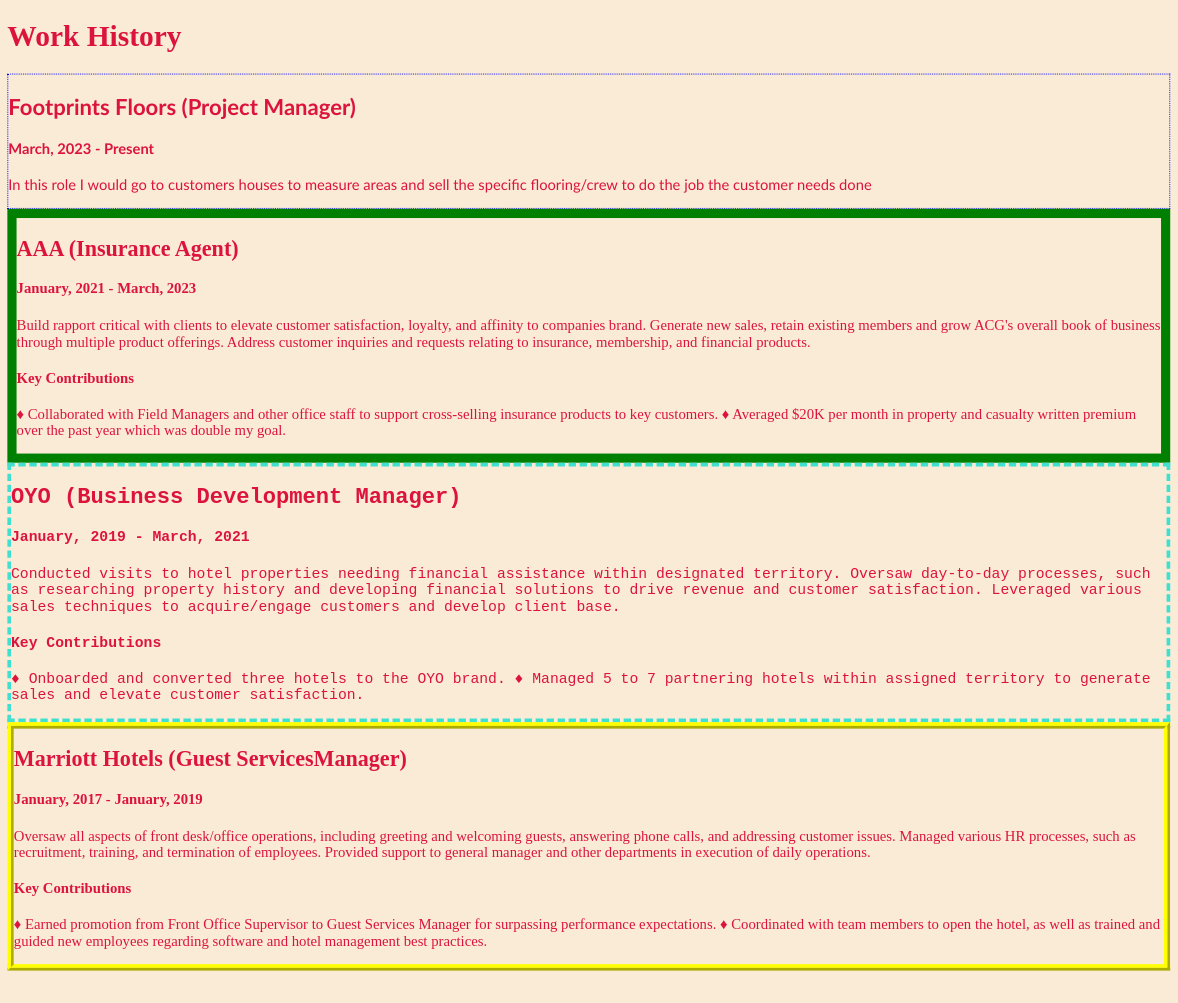
Repository: TEazy2433/LAB-HTML-Resume
Page: index.html
The author's editor kept a copy of each file at every save. The page is drawn from the files as they stood at one save, then again after the next save.
The browser window is 1280 px wide. The pictures show the whole page, at 92% of full size.

Above is the page before, as saved 2023-10-11 20:36:09.

### index.html
<!DOCTYPE html>
<html lang="en">
<head>
  <meta charset="UTF-8">
  <meta name="viewport" content="width=device-width, initial-scale=1.0">
  <title>Resume</title>
  <link rel="stylesheet" href="main.css">
  </head>
  <body>

  <script src="main.js"></script>
  </body>
  </html><html></html>
    </head>
      <title>Work History</title>
    </head>
    <body>
      <h1>Work History</h1>
      <article id="articleOne">
        <h2>Footprints Floors (Project Manager)</h2>
        <h4>March, 2023 - Present</h4>
        <section>
          <p>In this role I would go to customers houses to measure areas and sell the specific flooring/crew to do the job the customer needs done</p>
        </section>
      </article>

      <article id="articleTwo">
        <h2>AAA (Insurance Agent)</h2>
        <h4>January, 2021 - March, 2023</h4>
        <section>
          <p>Build rapport critical with clients to elevate customer satisfaction, loyalty, and affinity to companies brand. Generate new sales, retain existing members and grow ACG's overall book of business through multiple product offerings. Address customer inquiries and requests relating to insurance, membership, and financial products.</p>

          <h4>Key Contributions</h4>
          <P>♦ Collaborated with Field Managers and other office staff to support cross-selling insurance products to key customers.
            ♦ Averaged $20K per month in property and casualty written premium over the past year which was double my goal.</P>
        </section>
      </article>

      <article id="articleThree">
        <h2>OYO (Business Development Manager)</h2>
        <h4>January, 2019 - March, 2021</h4>
        <section>
          <p>Conducted visits to hotel properties needing financial assistance within designated territory. Oversaw day-to-day processes, such as researching property history and developing financial solutions to drive revenue and customer satisfaction. Leveraged various sales techniques to acquire/engage customers and develop client base.</p>

          <h4>Key Contributions</h4>
          <P>♦ Onboarded and converted three hotels to the OYO brand.
            ♦ Managed 5 to 7 partnering hotels within assigned territory to generate sales and elevate customer satisfaction.</P>
        </section>
      </article>

      <article id="articleFour">
        <h2>Marriott Hotels (Guest ServicesManager)</h2>
        <h4>January, 2017 - January, 2019</h4>
        <section>
          <p>Oversaw all aspects of front desk/office operations, including greeting and welcoming guests, answering phone calls, and addressing customer issues. Managed various HR processes, such as recruitment, training, and termination of employees. Provided support to general manager and other departments in execution of daily operations.</p>

          <h4>Key Contributions</h4>
          <P>♦ Earned promotion from Front Office Supervisor to Guest Services Manager for surpassing performance expectations.
            ♦ Coordinated with team members to open the hotel, as well as trained and guided new employees regarding software
            and hotel management best practices.</P>
        </section>
      </article>


    </body>

### main.css
body{
  background-color: antiquewhite;
}

h1{
  color: crimson;

}

h2{
  color: crimson;
}

p{
  color:crimson
}

h4{
  color:crimson
}

h5{
  color: crimson
}

#articleOne{
  font-family: 'Gill Sans', 'Gill Sans MT', Calibri, 'Trebuchet MS', sans-serif;
  border: 1px dotted blue
}

#articleTwo{
  font-family: cursive;
  border: 10px solid green
}

#articleThree{
  font-family: 'Courier New', Courier, monospace;
  border: 4px dashed turquoise
}

#articleFour{
  font-family: fantasy;
  border: 7px ridge yellow
}

### main.js
console.log("Resume");

After the next save:
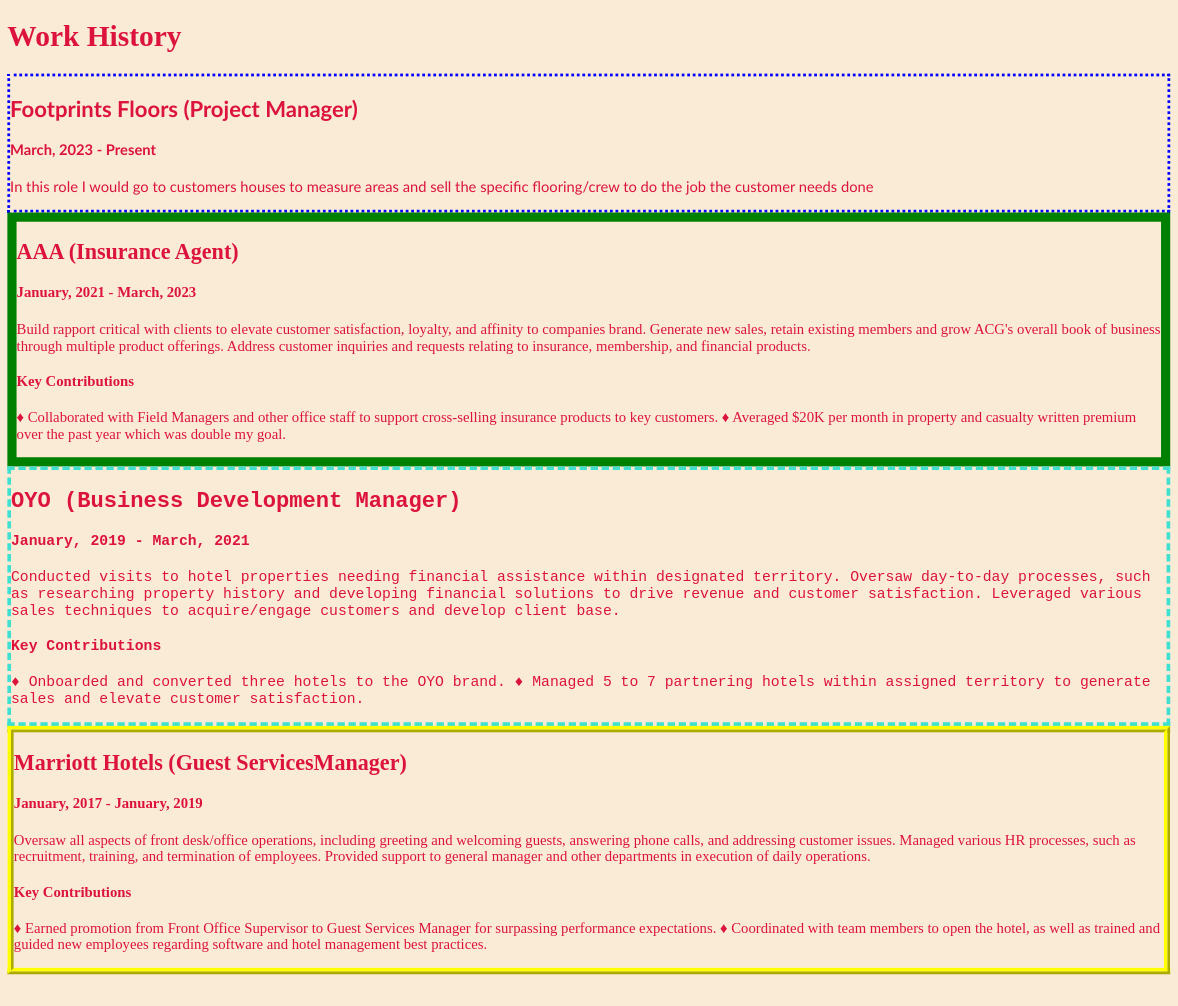
Saved 33 s later.
--- a/main.css
+++ b/main.css
@@ -25,7 +25,7 @@
 
 #articleOne{
   font-family: 'Gill Sans', 'Gill Sans MT', Calibri, 'Trebuchet MS', sans-serif;
-  border: 1px dotted blue
+  border: 3px dotted blue
 }
 
 #articleTwo{
